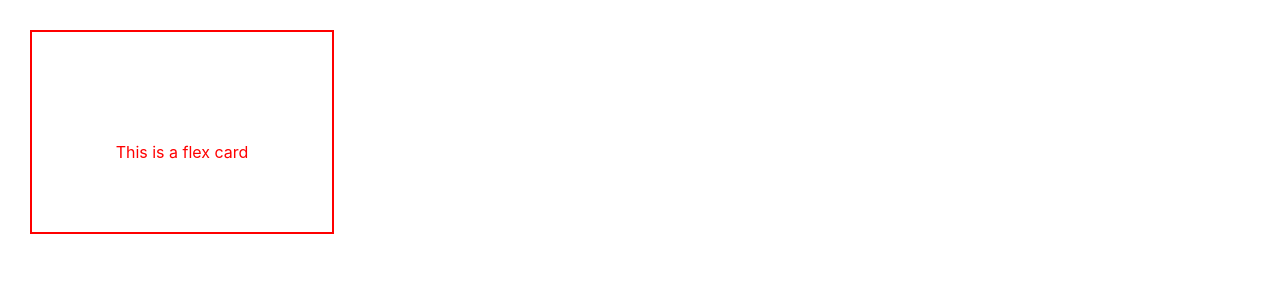
Repository: thai-shriya/anxiety-tracker
Page: /
The author's editor kept a copy of each file at every save. The page is drawn from the files as they stood at one save, then again after the next save.
The browser window is 1280 px wide. The pictures show the whole page.
The project was rebuilt for these pictures with package versions that can differ from the ones it lists, and the page was loaded fresh each time.

Above is the page before, as saved 2024-04-22 14:26:22.

### src/App.js
import './App.css';

function App() {
  return (
    <div className='flex-card-container'>
      <p className='flex-card-text'> This is a flex card</p>
    </div>
  );
}

export default App;

### src/App.css
.flex-card-container{
  border: 2px solid red;
  width: 300px;
  height: 200px;
  margin: 30px;
}

.flex-card-text{
  color:red;
  padding: 10px;
  text-align: center;
  margin-top: 100px;
}

Loaded but not shown: public/index.html (common file); src/index.js (common file); src/index.css (common file); src/reportWebVitals.js (common file)

After the next save:
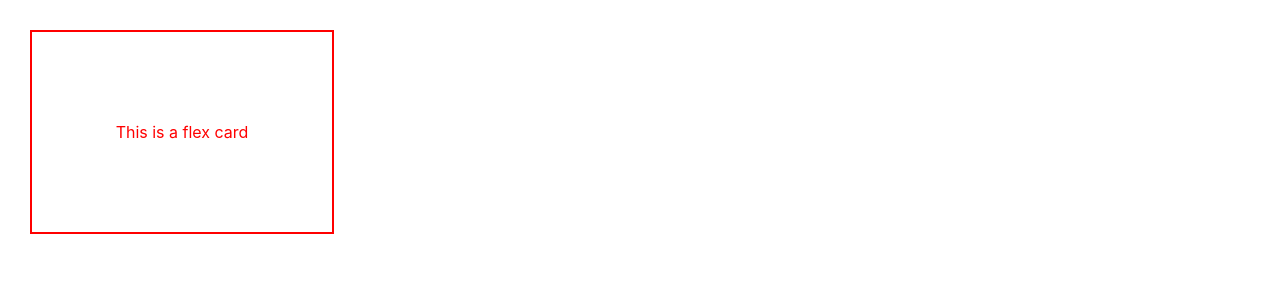
Saved 4 s later.
--- a/src/App.css
+++ b/src/App.css
@@ -9,5 +9,5 @@
   color:red;
   padding: 10px;
   text-align: center;
-  margin-top: 100px;
+  margin-top: 80px;
 }
